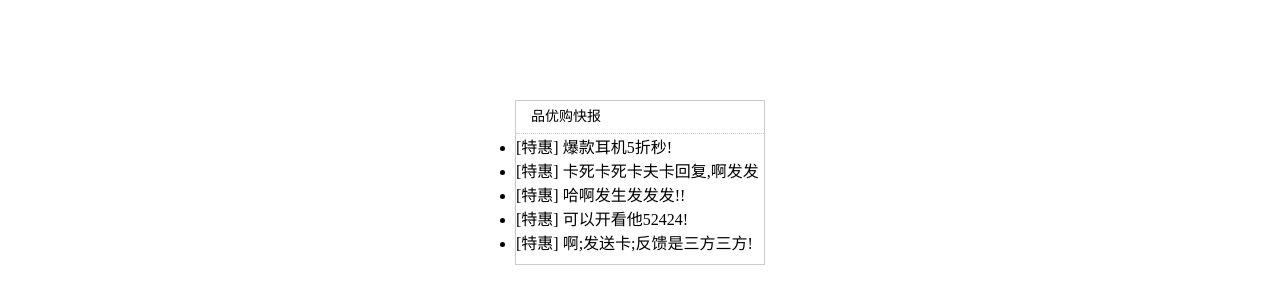
Repository: TheBestBadGuy0228/code
Page: 快报模块.html
These files come from the project's save history. The page is drawn as it stood at one moment and after the next save; the edit follows.
The browser window is 1280 px wide. The pictures show the whole page.

Above is the page before, as saved 2021-12-08 13:36:47.

After the next save:
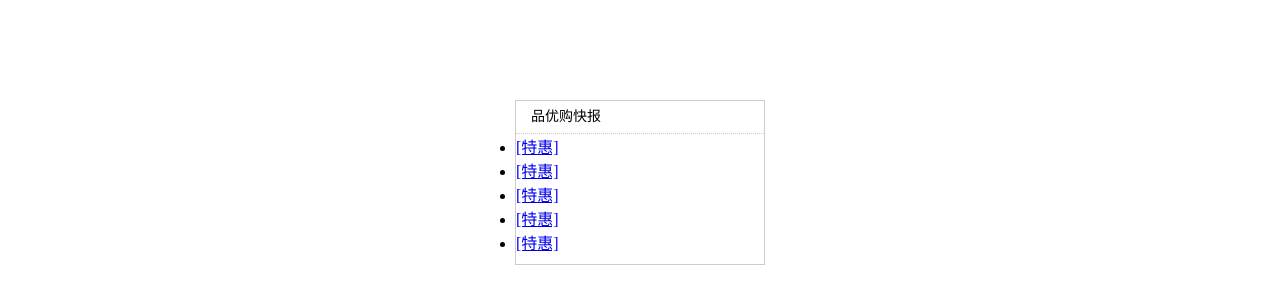
Saved 2 min 16 s later.
--- a/快报模块.html
+++ b/快报模块.html
@@ -39,11 +39,11 @@
     <div class="kuaibao">
         <h3>品优购快报</h3>
         <ul>
-            <li>[特惠] 爆款耳机5折秒!</li>
-            <li>[特惠] 卡死卡死卡夫卡回复,啊发发</li>
-            <li>[特惠] 哈啊发生发发发!!</li>
-            <li>[特惠] 可以开看他52424!</li>
-            <li>[特惠] 啊;发送卡;反馈是三方三方!</li>
+            <li><a href="#">[特惠]</a></li>
+            <li><a href="#">[特惠]</a></li>
+            <li><a href="#">[特惠]</a></li>
+            <li><a href="#">[特惠]</a></li>
+            <li><a href="#">[特惠]</a></li>
         </ul>
     </div>
 </body>
